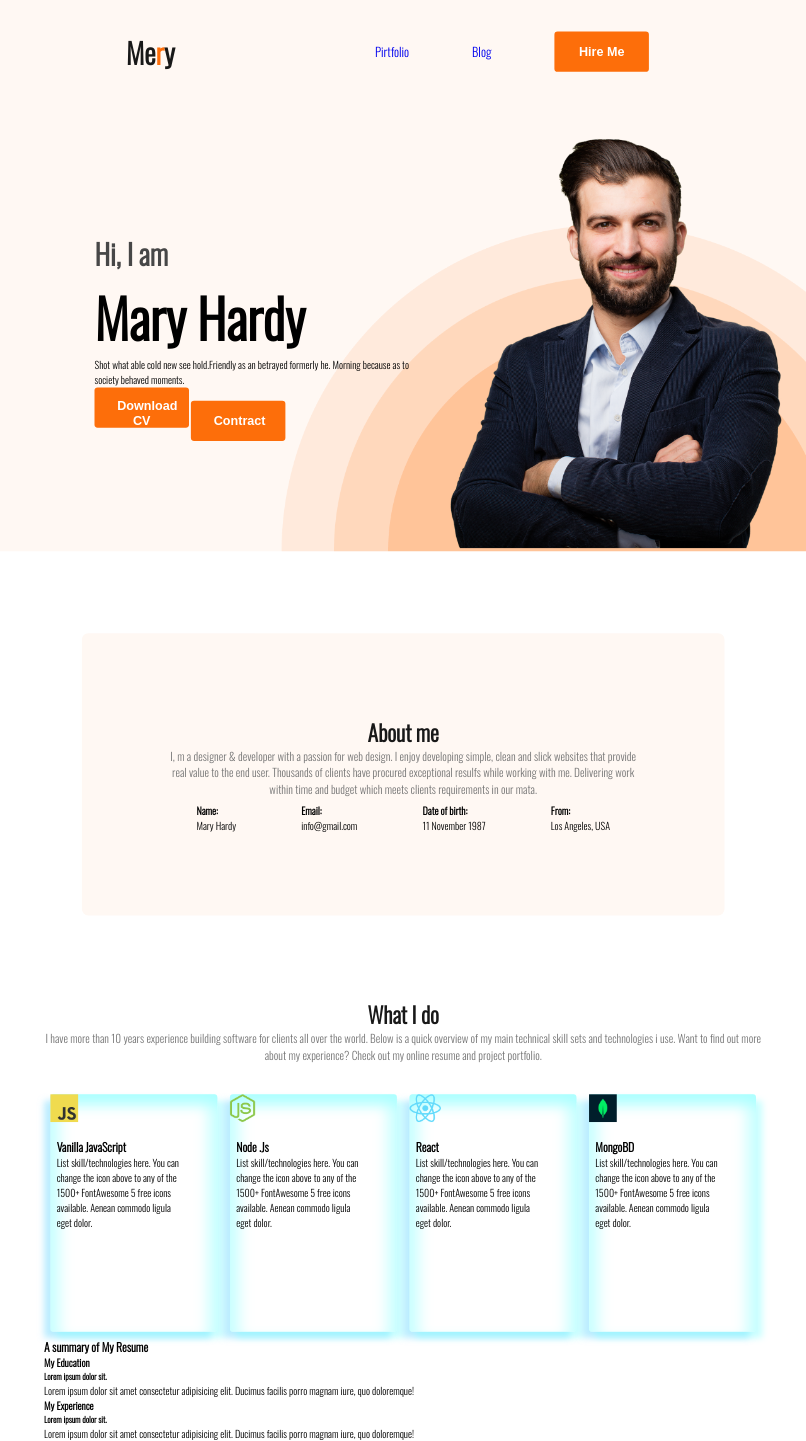
Repository: sumonkumarsarkar/my-website-personal
Page: index.html
An editor plug-in stored every save of this project. The page is shown before and after the next save, followed by the edit.
The browser window is 1280 px wide. The pictures show the whole page, at 63% of full size.

Above is the page before, as saved 2024-01-06 15:56:36.

After the next save:
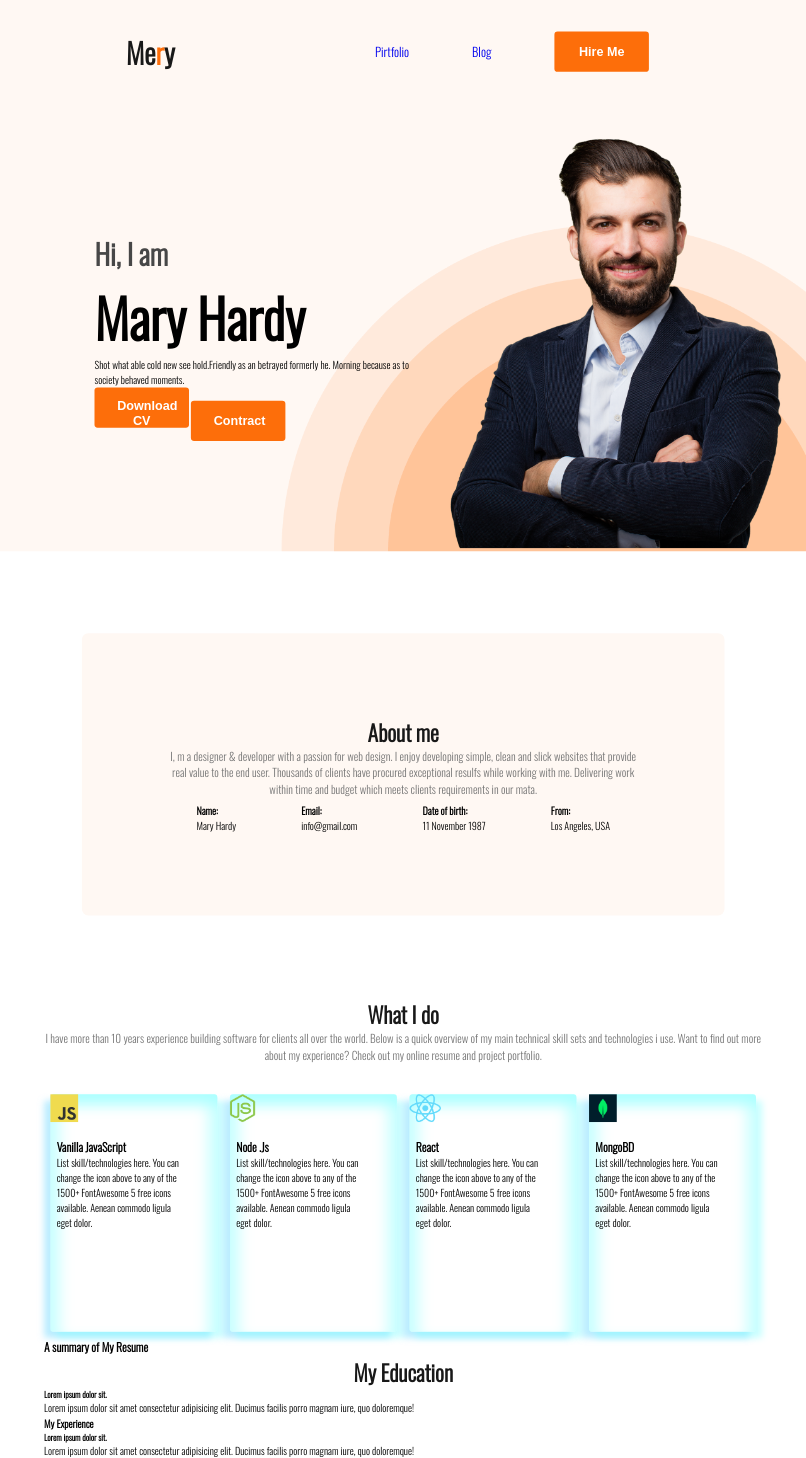
Saved 46 s later.
--- a/index.html
+++ b/index.html
@@ -137,7 +137,7 @@
       </div>
 <!-- Education start  -->
      <div class="education-item">
-      <h4 class="education-title">My Education</h4>
+      <h4 class="section-title">My Education</h4>
       <div class="education-details">
       <h5>Lorem ipsum dolor sit.</h5>
       <P>Lorem ipsum dolor sit amet consectetur adipisicing elit. Ducimus facilis porro magnam iure, quo doloremque!</P>
